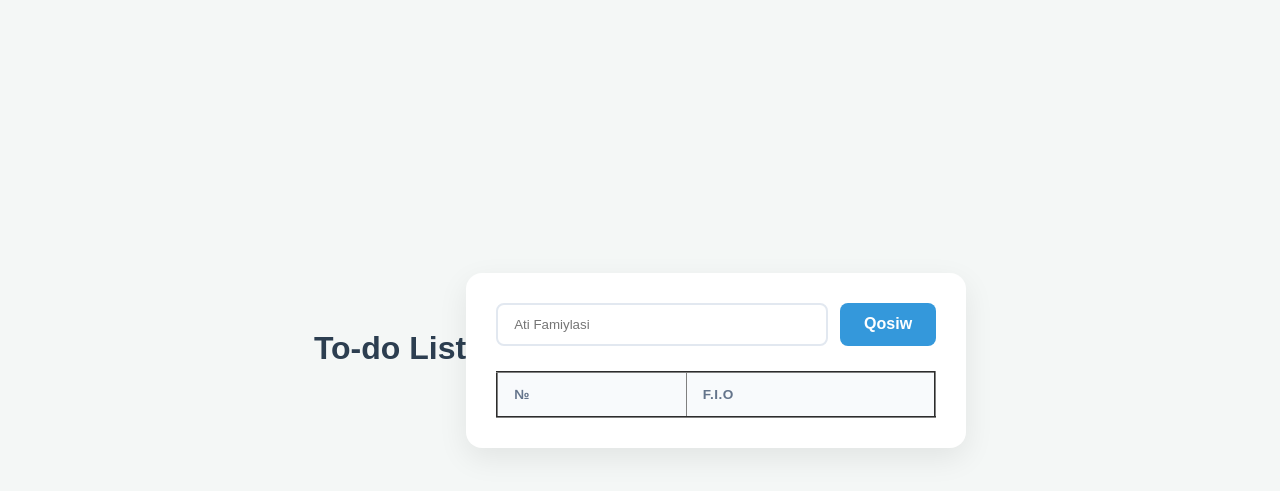
Repository: atamuratov777/my-to-do-list
Page: index.html
An editor plug-in stored every save of this project. The page is shown before and after the next save, followed by the edit.
The browser window is 1280 px wide. The pictures show the whole page.

Above is the page before, as saved 2026-06-18 14:11:46.

### index.html
<!DOCTYPE html>
<html lang="en">
<head>
    <meta charset="UTF-8">
    <meta name="viewport" content="width=device-width, initial-scale=1.0">
    <title>Document</title>
    <link rel="stylesheet" href="./style.css">
</head>
<body>
    <h1>To-do List</h1>
    <div class="card">
    <div class="forms">
        <input type="text" placeholder="Ati Famiylasi" onchange="namech(event)">
        <button>Qosiw</button>
    </div>
    <table border="2">
        <thead>
            <th>№</th>
            <th>F.I.O</th>
        </thead>
        <tbody id="tbody">
        </tbody>
    </table>
    </div>
    <script src="./script.js"></script>
</body>
</html>

### style.css

* {
    margin: 0;
    padding: 0;
    box-sizing: border-box;
    font-family: sans-serif;
}

body {
    background-color: #f4f7f6;
    color: #333;
    display: flex;

    align-items: center;
    justify-content: center;
    height: 100vh;
    padding: 20px;
}

h1 {
    display: flex;
    align-items: center;
    justify-content: center;
    margin-bottom: 24px;
    color: #2c3e50;

    font-weight: 600;
}


.card {
    background: #ffffff;
    padding: 30px;
    border-radius: 16px;
    box-shadow: 0 10px 30px rgba(0, 0, 0, 0.08);
    width: 100%;
    max-width: 500px;
}

/* Форма ввода */
.forms {
    display: flex;
    gap: 12px;
    margin-bottom: 25px;
}

input {
    flex: 1;
    padding: 12px 16px;
    border: 2px solid #e2e8f0;
    border-radius: 8px;


}


button {
    padding: 12px 24px;
    background-color: #3498db;
    color: white;
    border: none;
    border-radius: 8px;
    font-size: 1rem;
    font-weight: 600;
    cursor: pointer;
    transition: background 0.2s, transform 0.1s;
}

button:hover {
    background-color: #2980b9;
}

button:active {
    transform: scale(0.98);
}

/* Таблица */
table {
    width: 100%;
    border-collapse: collapse;
    margin-top: 10px;
    text-align: left;
}

th, td {
    padding: 14px 16px;
    border-bottom: 1px solid #edf2f7;
}

thead th {
    background-color: #f8fafc;
    color: #64748b;
    font-size: 0.85rem;
    text-transform: uppercase;
    letter-spacing: 0.5px;
    font-weight: 600;
}

tbody tr:hover {
    background-color: #f8fafc;
}

/* Стили для иконки удаления */
.trash {
    cursor: pointer;
    text-align: center;
    font-size: 1.1rem;
    transition: transform 0.3s ease, color 0.2s;
    user-select: none;
}

.trash:hover {
    transform: scale(1.2);
    color: #e74c3c;
}

### script.js
let person=[]
const tbody=document.getElementById("tbody")

function namech(event){
    tbody.innerHTML=""
    person.push({
        id:12,
        name:event.target.value
    })
    person.forEach((person,index)=>{
        tbody.innerHTML+=`<tr>
        <th>${index+1}</th>
        <th>${person.name}<th>
        <th onClick={clicktrash(${index+1})} class="trash">🗑</th>
        </tr>`
    })
}

console.log("Usi ekran")

function clicktrash(basil) {
    tbody.innerHTML=""
    person.splice(basil-1,1)
    console.log(person)
    person.forEach((person,index)=>{
        tbody.innerHTML+=`<tr>
        <th>${index+1}</th>
        <th>${person.name}<th>
        <th onClick={clicktrash(${index+1})} class="trash">🗑</th>
        </tr>`
    })
}

After the next save:
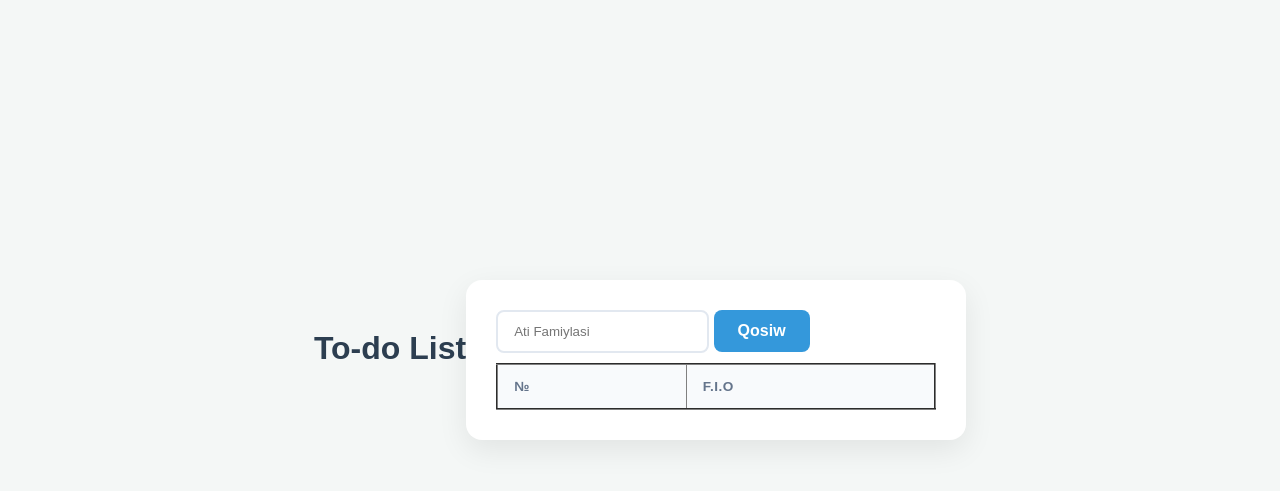
Saved 42 s later.
--- a/index.html
+++ b/index.html
@@ -9,7 +9,7 @@
 <body>
     <h1>To-do List</h1>
     <div class="card">
-    <div class="forms">
+    <div class="form">
         <input type="text" placeholder="Ati Famiylasi" onchange="namech(event)">
         <button>Qosiw</button>
     </div>

After the 2 saves that followed:
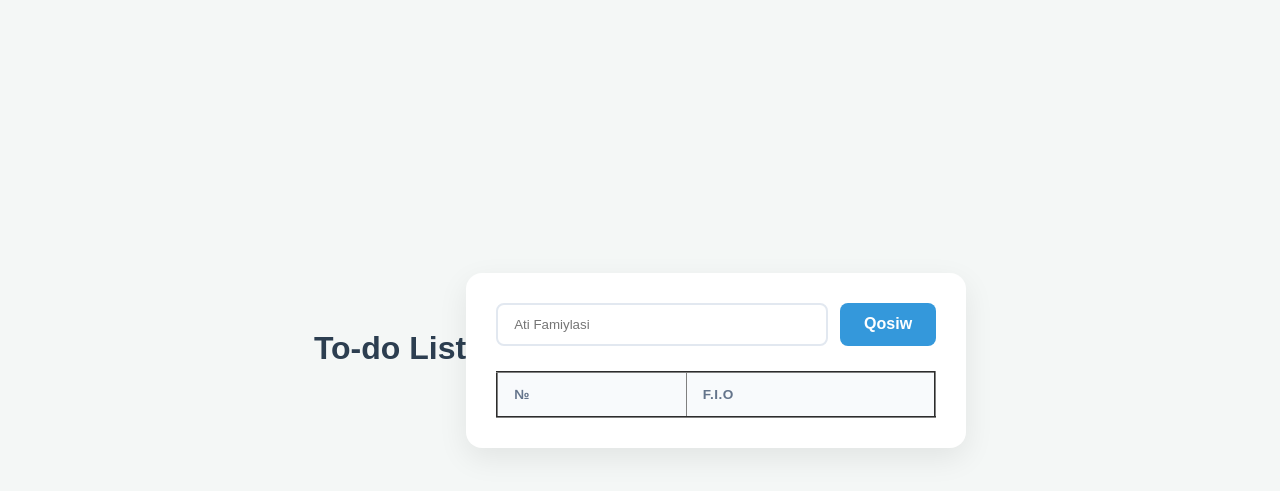
The 2 saves are shown as one change because they came seconds apart.
The last was saved 6 s later.
--- a/index.html
+++ b/index.html
@@ -9,7 +9,7 @@
 <body>
     <h1>To-do List</h1>
     <div class="card">
-    <div class="form">
+    <div class="forms">
         <input type="text" placeholder="Ati Famiylasi" onchange="namech(event)">
         <button>Qosiw</button>
     </div>
@@ -21,7 +21,7 @@
         <tbody id="tbody">
         </tbody>
     </table>
-    </div>
+
     <script src="./script.js"></script>
 </body>
 </html>
